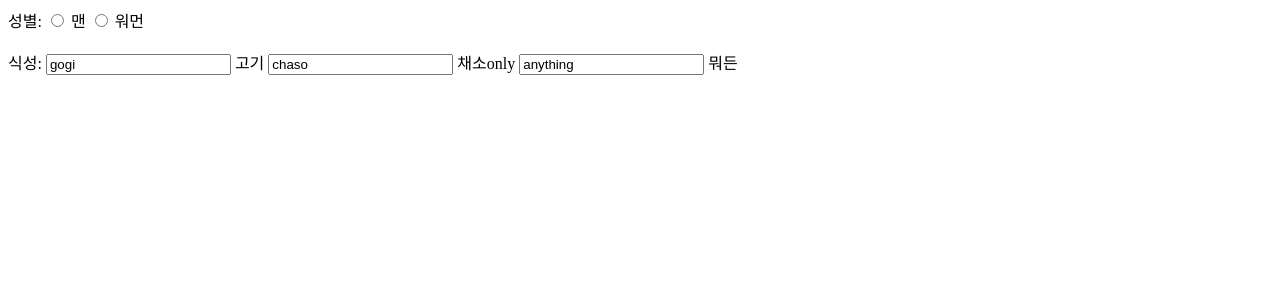
Repository: Hongjeongmin/university
Page: http://localhost/test/a.jsp
These files come from the project's save history. The page is drawn as it stood at one moment and after the next save; the edit follows.
The browser window is 1280 px wide. The pictures show the whole page.
The page is served by Tomcat 9.

Above is the page before, as saved 2018-09-10 00:20:24.

After the next save:
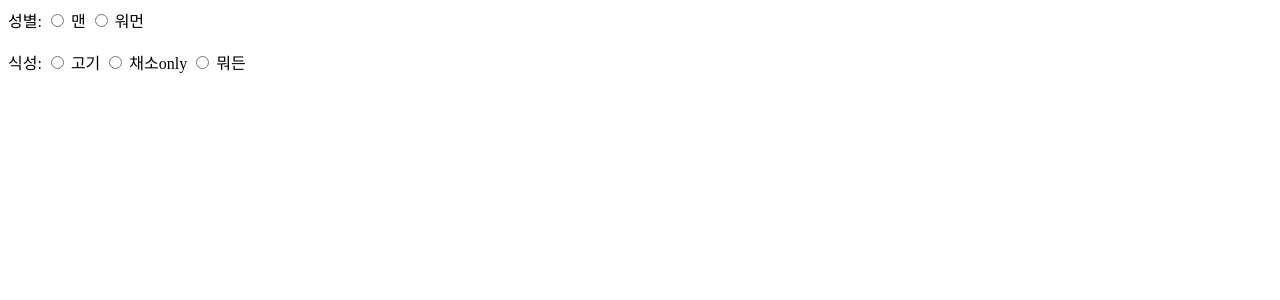
Saved 39 s later.
--- a/webprograming/test/test/WebContent/a.jsp
+++ b/webprograming/test/test/WebContent/a.jsp
@@ -10,9 +10,9 @@
 성별: <input type="radio" name="mf" value = "male"/> 맨
 	<input type="radio" name ="mf" value = "female"/> 워먼
 	<br><br>
-식성: <input type="radio name="a" value ="gogi"/> 고기
-	<input type="radio name="a" value ="chaso"/> 채소only
-	<input type="radio name="a" value ="anything"/> 뭐든
+식성: <input type="radio" name="a" value ="gogi"/> 고기
+	<input type="radio" name="a" value ="chaso"/> 채소only
+	<input type="radio" name="a" value ="anything"/> 뭐든
 
 </body>
 </html>
